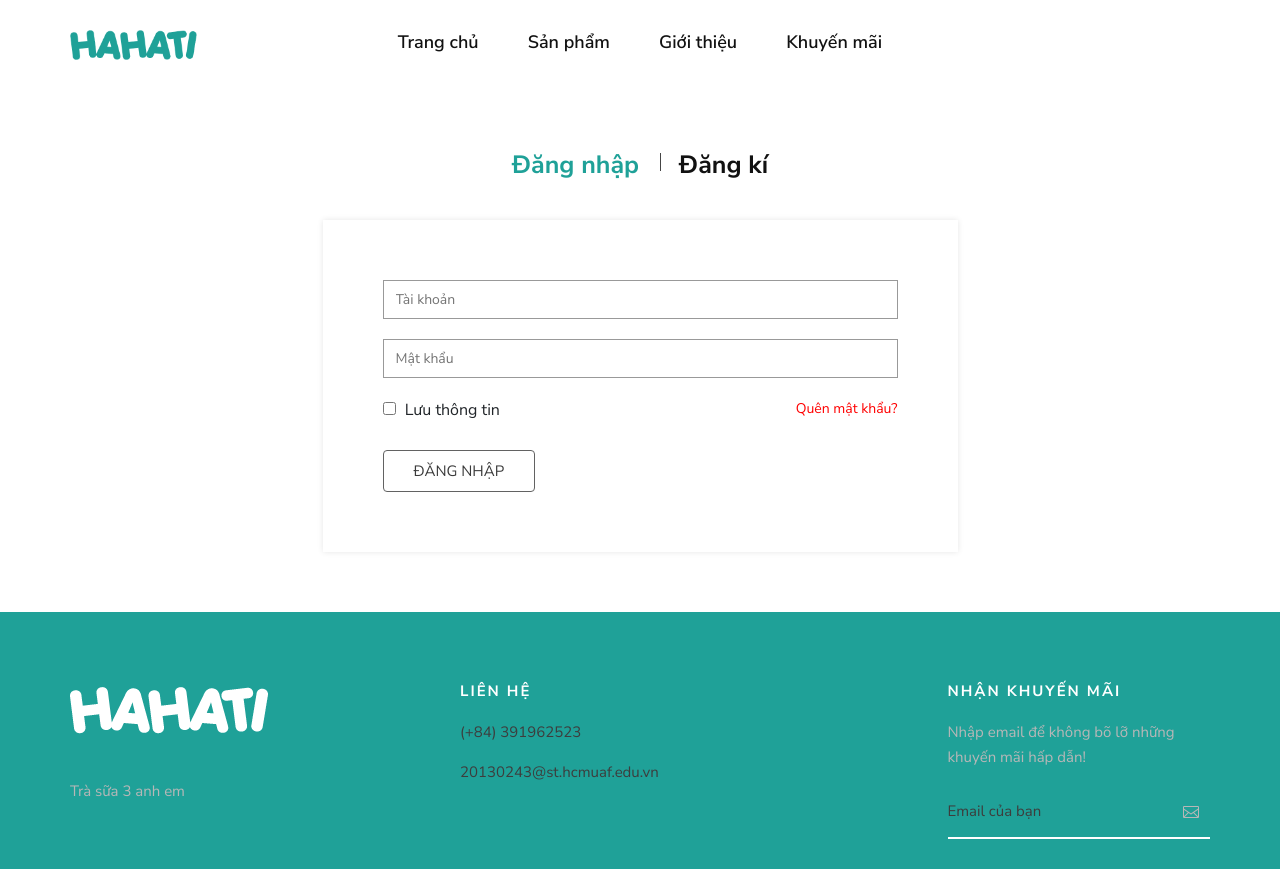
Repository: letrongtinh27/template
Page: login-register.html
The author's editor kept a copy of each file at every save. The page is drawn from the files as they stood at one save, then again after the next save.
The browser window is 1280 px wide. The pictures show the whole page.

Above is the page before, as saved 2022-10-27 11:25:49.
Console error: TypeError: Cannot set properties of null (setting 'onclick')

After the next save:
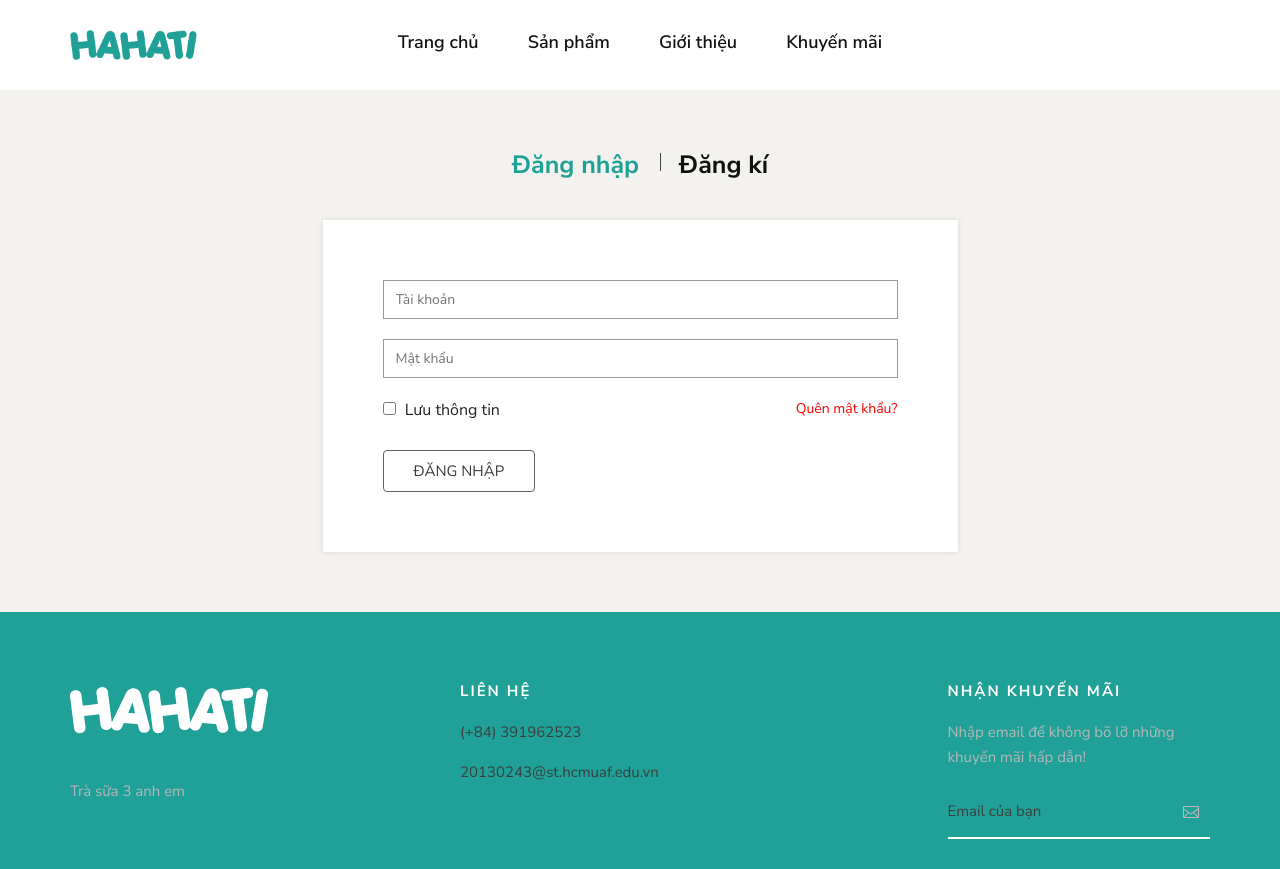
Saved 4 min 41 s later.
--- a/css/account.css
+++ b/css/account.css
@@ -347,6 +347,7 @@
   box-shadow: 0 0 6px rgba(0, 0, 0, 0.1);
   padding: 60px;
   text-align: left;
+  background-color: #fff;
 }
 @media only screen and (max-width: 479px) {
   .login-form-container {
@@ -591,3 +592,6 @@
 .address {
   display: contents;
 }
+.login-register {
+  background-color: #f3f2ee;
+}
